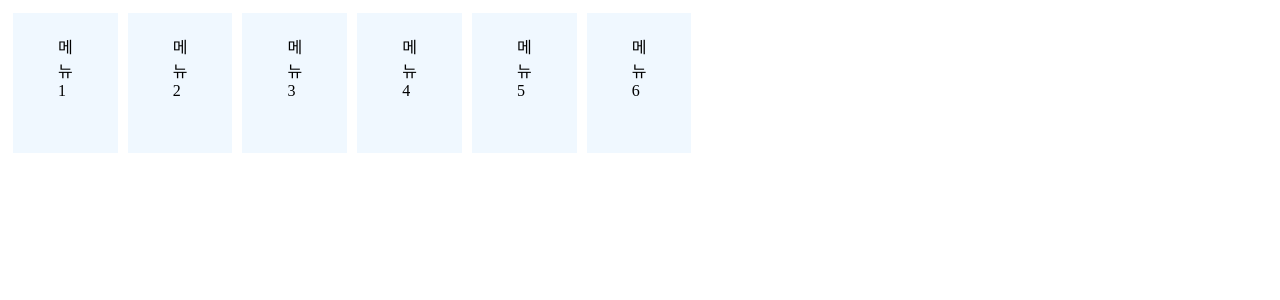
Repository: pvntlc/D-IT-Tech-Internship
Page: Servlet_JSP/Day5/src/main/webapp/dom/3-5.마우스이벤트.html
The author's editor kept a copy of each file at every save. The page is drawn from the files as they stood at one save, then again after the next save.
The browser window is 1280 px wide. The pictures show the whole page.

Above is the page before, as saved 2023-09-15 03:22:44.

### Servlet_JSP/Day5/src/main/webapp/dom/3-5.마우스이벤트.html
<!DOCTYPE html>
<html lang="en">
  <head>
    <meta charset="UTF-8" />
    <meta name="viewport" content="width=device-width, initial-scale=1.0" />
    <title>클릭 이벤트</title>
    <style>
	  #sidebar {
		    width: 20%;
		    height: 150px;
		    clear: both;
		    display:flex; /* 플렉스 컨테이너 지정 */
		    flex-direction: row;
		  }
	.menu {
	    padding:5px 45px;
	    margin:5px;
	    background-color:aliceblue;
	    background-image: "pingu.jpg";
	  }
   </style>
    <script>
      window.onload = function () {
        var menus = document.getElementsByClassName("menu");
        console.log(menus);
        for (let i = 0; i < menus.length; i++) {
          menus[i].addEventListener( "mouseover",   function () {
              menus[i].style.background = "skyblue";
            } );
          menus[i].addEventListener( "mouseout",  function () {
              menus[i].style.background = "orange";
            } );
        }
      };
    </script>
  </head>
  <body>

    <div class="container">
      <div id="sidebar">
        <div class="menu"><p>메뉴1</p></div>
        <div class="menu"><p>메뉴2</p></div>
        <div class="menu"><p>메뉴3</p></div>
        <div class="menu"><p>메뉴4</p></div>
        <div class="menu"><p>메뉴5</p></div>
        <div class="menu"><p>메뉴6</p></div>
      </div>

  </body>
</html>

After the next save:
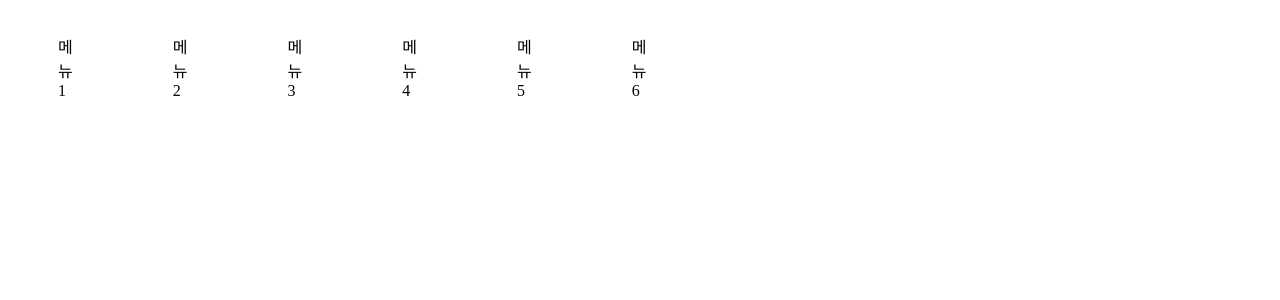
Saved 10 s later.
--- a/Servlet_JSP/Day5/src/main/webapp/dom/3-5.마우스이벤트.html
+++ b/Servlet_JSP/Day5/src/main/webapp/dom/3-5.마우스이벤트.html
@@ -15,7 +15,6 @@
 	.menu {
 	    padding:5px 45px;
 	    margin:5px;
-	    background-color:aliceblue;
 	    background-image: "pingu.jpg";
 	  }
    </style>

After the save that followed:
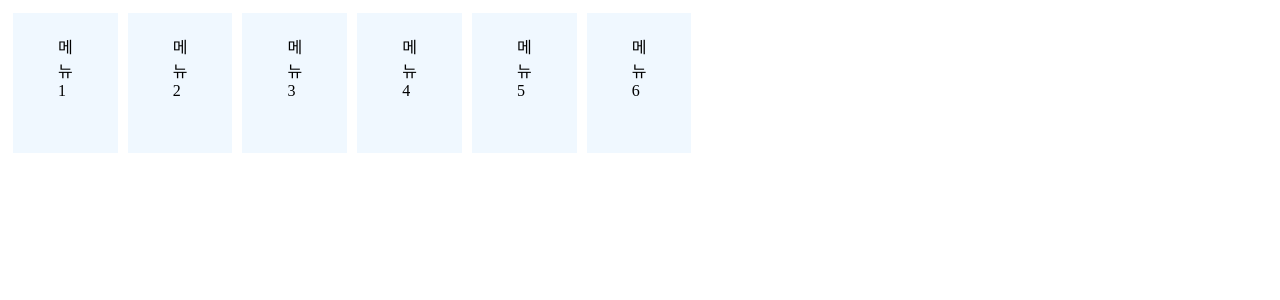
Saved 6 s later.
--- a/Servlet_JSP/Day5/src/main/webapp/dom/3-5.마우스이벤트.html
+++ b/Servlet_JSP/Day5/src/main/webapp/dom/3-5.마우스이벤트.html
@@ -15,6 +15,7 @@
 	.menu {
 	    padding:5px 45px;
 	    margin:5px;
+	    background-color:aliceblue;
 	    background-image: "pingu.jpg";
 	  }
    </style>
